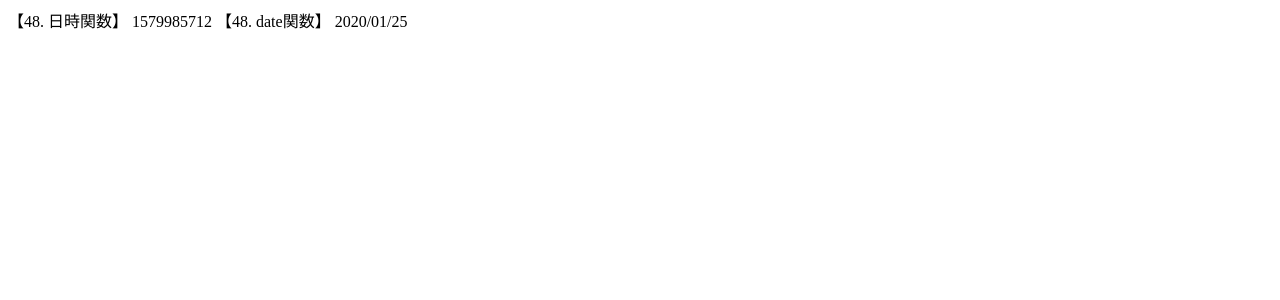
Repository: hiroaki-kitagawa/menta-php
Page: http://localhost/menta48-50.php
An editor plug-in stored every save of this project. The page is shown before and after a run of saves, followed by the edit.
The browser window is 1280 px wide. The pictures show the whole page.
The page is run by PHP 8.4 with error messages shown; the project is at /var/www/html/.

Above is the page before, as saved 2020-01-27 21:05:25.

After the next 2 saves:
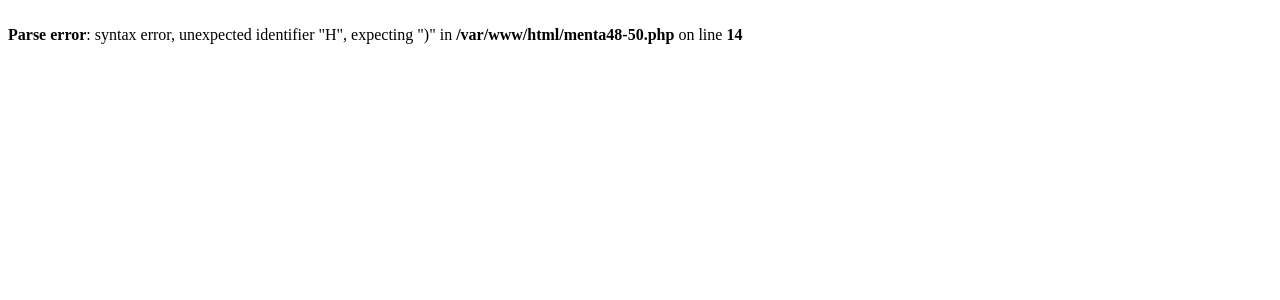
The 2 saves are shown as one change because they came seconds apart.
The last was saved 31 s later.
--- a/menta48-50.php
+++ b/menta48-50.php
@@ -11,7 +11,7 @@
 // 年月日 時:分:秒で表示しなさい
 // ex) 2017/8/4 13:44:41
 echo '【48. date関数】' . PHP_EOL;
-echo date('Y/m/d' );
+echo date('Y/m/d' H:i:s);
 
 
 // 50

After the 2 saves that followed:
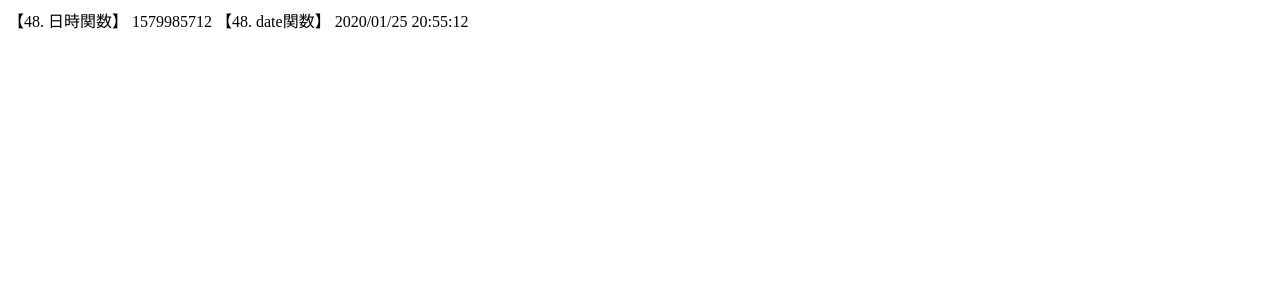
The 2 saves are shown as one change because they came seconds apart.
The last was saved 8 s later.
--- a/menta48-50.php
+++ b/menta48-50.php
@@ -11,7 +11,7 @@
 // 年月日 時:分:秒で表示しなさい
 // ex) 2017/8/4 13:44:41
 echo '【48. date関数】' . PHP_EOL;
-echo date('Y/m/d' H:i:s);
+echo date('Y/m/d H:i:s');
 
 
 // 50
